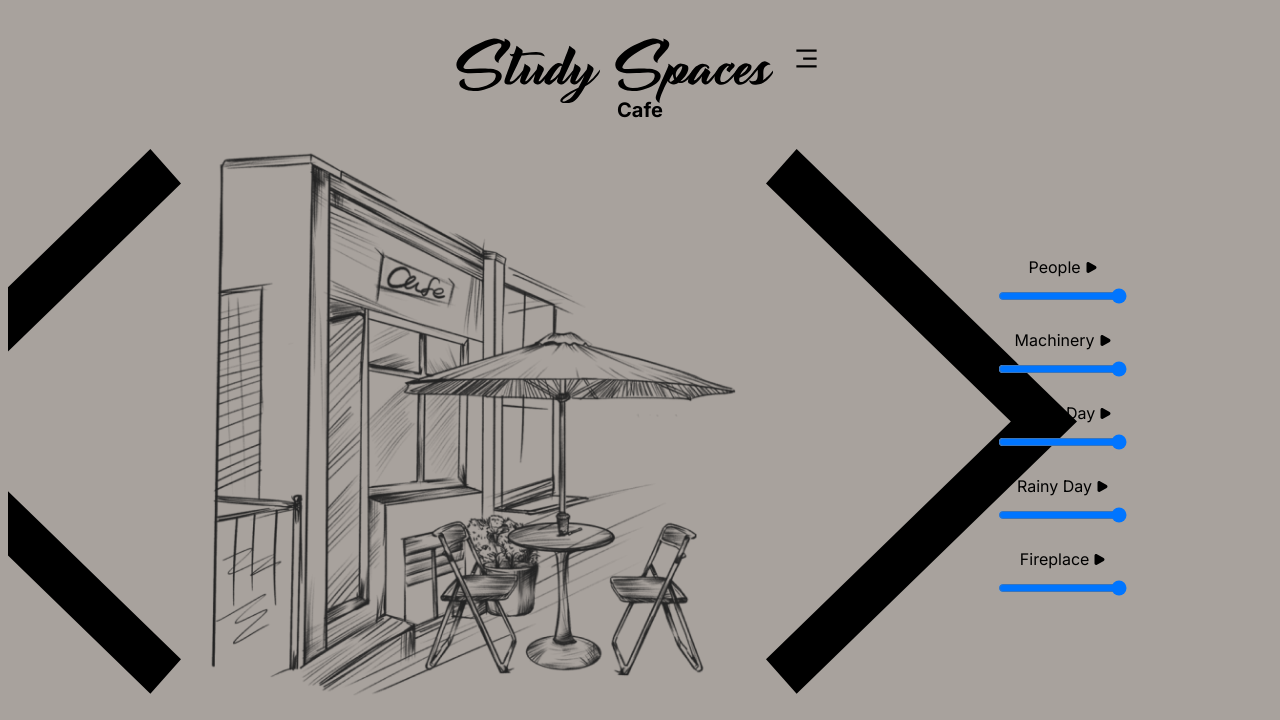
Repository: kaitlynlie/studyspaces
Page: / (app in studyspaces/)
The author's editor kept a copy of each file at every save. The page is drawn from the files as they stood at one save, then again after the next save.
The browser window is 1280 px wide. The pictures show the whole page.
The project was rebuilt for these pictures with package versions that can differ from the ones it lists, and the page was loaded fresh each time. Also part of the build but not shown: studyspaces/vite.config.ts. Imported but missing from the stored project, and not drawn on this page: studyspaces/src/audio/fireplace.wav, studyspaces/src/audio/people.wav, studyspaces/src/audio/rain.wav, studyspaces/src/audio/softmachinery.mp3, studyspaces/src/audio/sun.wav.

Above is the page before, as saved 2023-09-28 11:32:52.

After the next save:
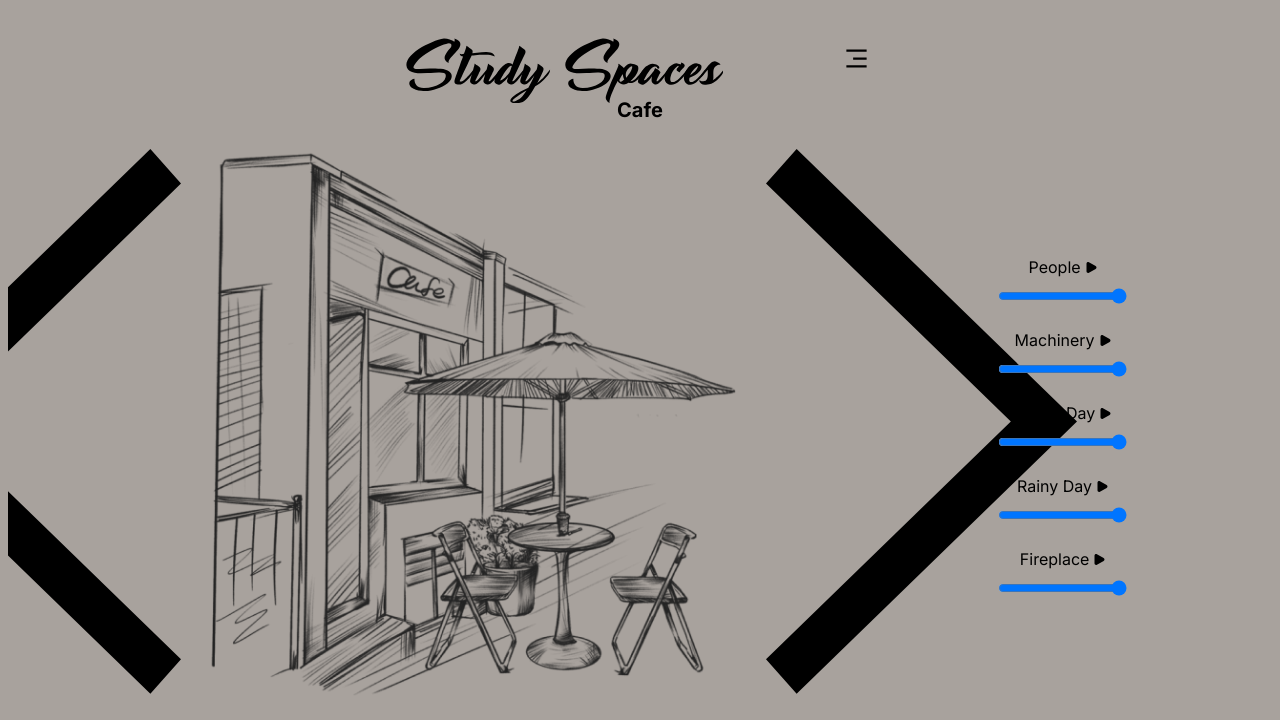
Saved 6 s later.
--- a/studyspaces/src/pages/Navbar.module.scss
+++ b/studyspaces/src/pages/Navbar.module.scss
@@ -51,7 +51,7 @@ nav.navbar {
       cursor: pointer;
       z-index: 10;
 
-      margin-left: 20px;
+      margin-left: 120px;
       margin-right: 5px;
       .box {
         display: flex;
